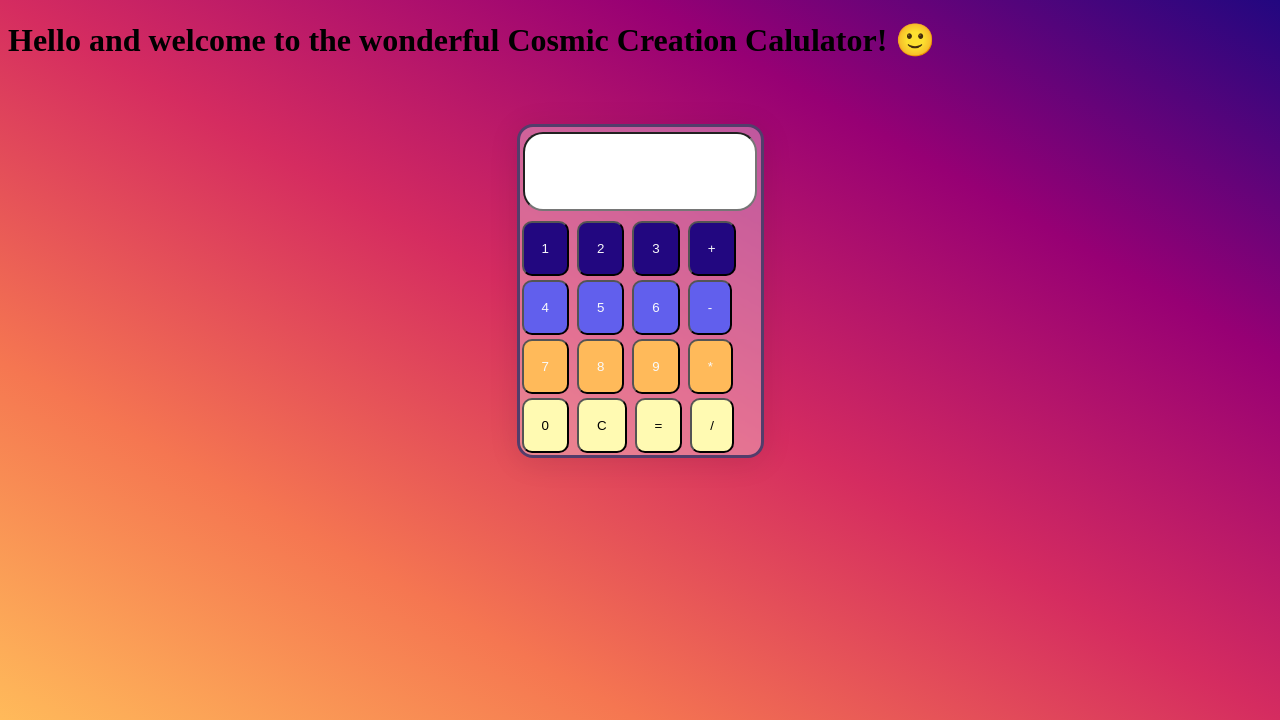
Repository: CrazyPaine/GameBoy-Calculator
Page: index.html
These files come from the project's save history. The page is drawn as it stood at one moment and after the next save; the edit follows.
The browser window is 1280 px wide. The pictures show the whole page.

Above is the page before, as saved 2024-02-04 21:23:52.

### index.html
<!DOCTYPE html>
<html lang="en">
<head>
    <meta charset="UTF-8">
    <meta name="viewport" content="width=device-width, initial-scale=1.0">
    <link rel="stylesheet" type="text/css" href="styles.css">
    <title>GameBoy Calculator</title>
</head>

<body>
    <h1 class = "Intro">Hello and welcome to the wonderful Cosmic Creation Calulator! &#128578;</h1>
    <br>
    <div class = 'calculator'>
        <input type="text"id="display" readonly>
       <br>
            <button onclick="appendToDisplay('1')" class = "btn-1">1</button>
            <button onclick="appendToDisplay('2')" class = "btn-1">2</button>
            <button onclick="appendToDisplay('3')" class = "btn-1">3</button>
            <button onclick="appendToDisplay('+')" class = "btn-1">+</button>
            <br>
            <button onclick="appendToDisplay('4')" class = "btn-2">4</button>
            <button onclick="appendToDisplay('5')" class = "btn-2">5</button>
            <button onclick="appendToDisplay('6')" class = "btn-2">6</button>
            <button onclick="appendToDisplay('-')" class = "btn-2">-</button>
            <br>
            <button onclick="appendToDisplay('7')" class = "btn-3">7</button>
            <button onclick="appendToDisplay('8')" class = "btn-3">8</button>
            <button onclick="appendToDisplay('9')" class = "btn-3">9</button>
            <button onclick="appendToDisplay('*')" class = "btn-3">*</button>
            <br>
            <button onclick="appendToDisplay('0')" class = "btn-4">0</button>
            <button onclick="clearDisplay()" class = "btn-4">C</button>
            <button onclick="calculateResult()" class = "btn-4">=</button>
            <button onclick="appendToDisplay('/')" class = "btn-4">/</button>

    </div>

        <script src="calculator.js"></script>
</body>
</html>

### styles.css
/******************************************
/* CSS
/*******************************************/


/* Box Model Hack */
* {
    box-sizing: border-box;
}



/******************************************
/* LAYOUT
/*******************************************/
@media (max-width: 600px) {
    .calculator {
        width: 80%;
        margin: 0 auto;
    }
}

html {
    height: 100%;
}

title {
    text-align: left;
    font-size: 5px;
}

body {
    background-image: linear-gradient(to left bottom, #220780, #970074, #d52c60, #f57651, #ffba5a);
}

#display{
    border-radius: 20px;
    display: flex;
    align-items:center;
    justify-content: center;
    padding: 30px;
    width: 97%;
    height: 56%;
    margin:auto;
    margin-top: 5px;
    margin-bottom: -10px
}

.calculator {
    border: 3px solid #533D6B;
    border-radius: 10px;
    width:fit-content;
    background: rgba(255, 255, 255, 0.32);
    border-radius: 16px;
    box-shadow: 0 4px 30px rgba(0, 0, 0, 0.1);
    backdrop-filter: blur(1.7px);
    -webkit-backdrop-filter: blur(1.7px);
    height: fit-content;
    margin: 25px auto;
}

button {
    border-radius: 10px;
    color: #F8F9FA;
    padding: 18px;
    min-height: fit-content;
    max-width: fit-content;
    margin: 2px;
}

.btn-1 {
    background: #220780;
}

.btn-2 {
    background: #615fed;
}

.btn-3 {
    background: #ffba5a;
}

.btn-4 {
    background: #fffab2;
    color: black;
}


img {
    display: block;
    margin: 0 auto;
    width: 25%;
}


/******************************************
/* ADDITIONAL STYLES
/*******************************************/

### calculator.js
/*
! Hey there welcome to my Calculator. This is where I will be doing my calculations on here.
*/

function calculateResult() {
    try {
        const inputExpression = document.getElementById('display').value;

        if (!isValidExpression(inputExpression)) {
            throw new Error('Invalid expression');
        }

        const result = evaluateExpression(inputExpression);

        if (!isValidResult(result)) {
            throw new Error('Invalid result');
        }

        // Save the expression and result to the history log
        saveToHistory(inputExpression, result);

        updateDisplay(result);
    } catch (error) {
        updateDisplay('Error: ' + error.message);
    }
}

function evaluateExpression(expression) {
    try {
        // Implement your own expression evaluation logic here
        const result = math.evaluate(expression); // Assuming you use a math library or your custom evaluator
        return result;
    } catch (error) {
        throw new Error('Invalid expression');
    }
}

function updateDisplay(value) {
    document.getElementById('display').value = value;
}

function addDecimalPoint() {
    const currentDisplayValue = document.getElementById('display').value;

    // Check if the current value already contains a decimal point or ends with an operator
    if (
        !currentDisplayValue.includes('.') &&
        !endsWithOperator(currentDisplayValue) &&
        currentDisplayValue.length > 0
    ) {
        updateDisplay(currentDisplayValue + '.');
    }
}

function isValidExpression(expression) {
    return /^[0-9+\-*/().\s]+$/.test(expression);
}

function isValidResult(result) {
    return isFinite(result);
}

function endsWithOperator(expression) {
    const operators = ['+', '-', '*', '/'];
    const lastChar = expression.trim().slice(-1);
    return operators.includes(lastChar);
}

After the next save:
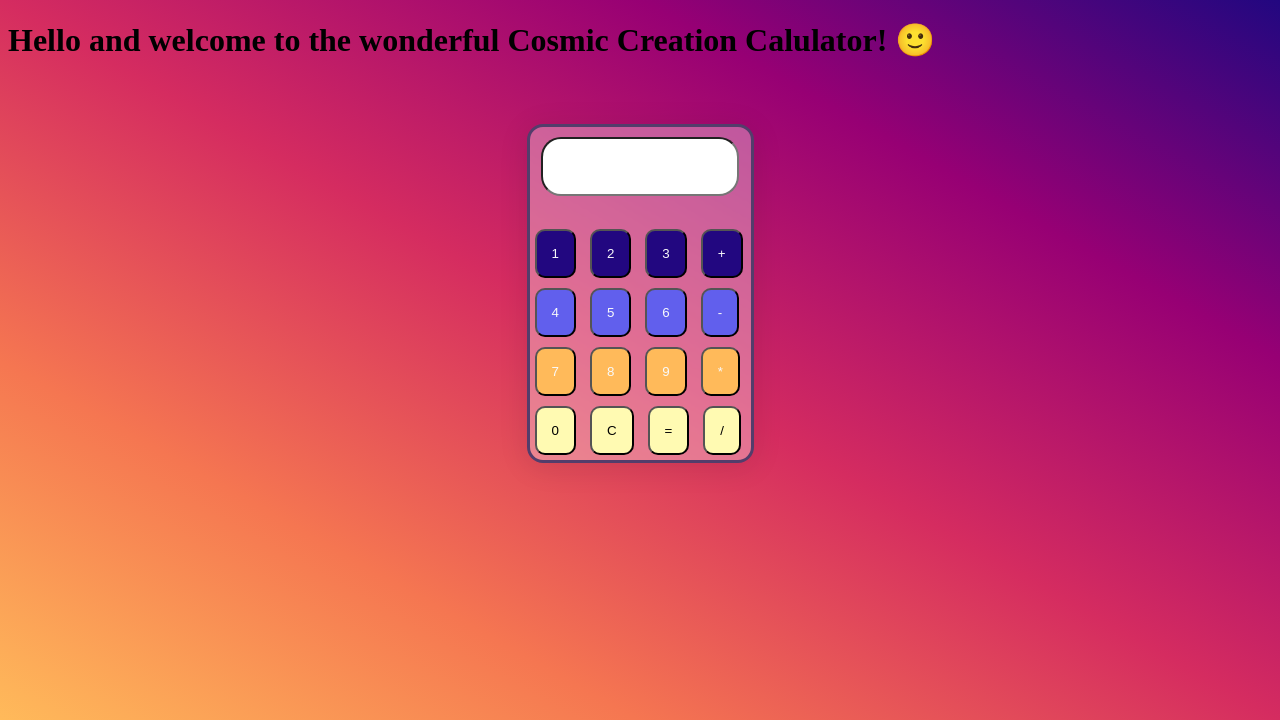
Saved 4 min 39 s later.
--- a/styles.css
+++ b/styles.css
@@ -24,32 +24,30 @@ html {
     height: 100%;
 }
 
-title {
-    text-align: left;
-    font-size: 5px;
-}
-
 body {
     background-image: linear-gradient(to left bottom, #220780, #970074, #d52c60, #f57651, #ffba5a);
 }
 
-#display{
+#display {
     border-radius: 20px;
     display: flex;
-    align-items:center;
+    align-items: center;
     justify-content: center;
-    padding: 30px;
-    width: 97%;
-    height: 56%;
-    margin:auto;
-    margin-top: 5px;
-    margin-bottom: -10px
+    padding: 20px;
+    /* Adjusted padding */
+    width: 90%;
+    /* Adjusted width */
+    margin: auto;
+    margin-top: 10px;
+    /* Adjusted margin-top */
+    margin-bottom: 10px;
+    /* Adjusted margin-bottom */
 }
 
 .calculator {
     border: 3px solid #533D6B;
     border-radius: 10px;
-    width:fit-content;
+    width: fit-content;
     background: rgba(255, 255, 255, 0.32);
     border-radius: 16px;
     box-shadow: 0 4px 30px rgba(0, 0, 0, 0.1);
@@ -62,10 +60,20 @@ body {
 button {
     border-radius: 10px;
     color: #F8F9FA;
-    padding: 18px;
+    padding: 15px;
+    /* Adjusted padding */
     min-height: fit-content;
     max-width: fit-content;
-    margin: 2px;
+    margin: 5px;
+    /* Adjusted margin */
+}
+
+.btn-1,
+.btn-2,
+.btn-3,
+.btn-4 {
+    width: 100%;
+    /* Ensures equal width for all buttons */
 }
 
 .btn-1 {
@@ -85,14 +93,12 @@ button {
     color: black;
 }
 
-
 img {
     display: block;
     margin: 0 auto;
     width: 25%;
 }
 
-
 /******************************************
 /* ADDITIONAL STYLES
 /*******************************************/
